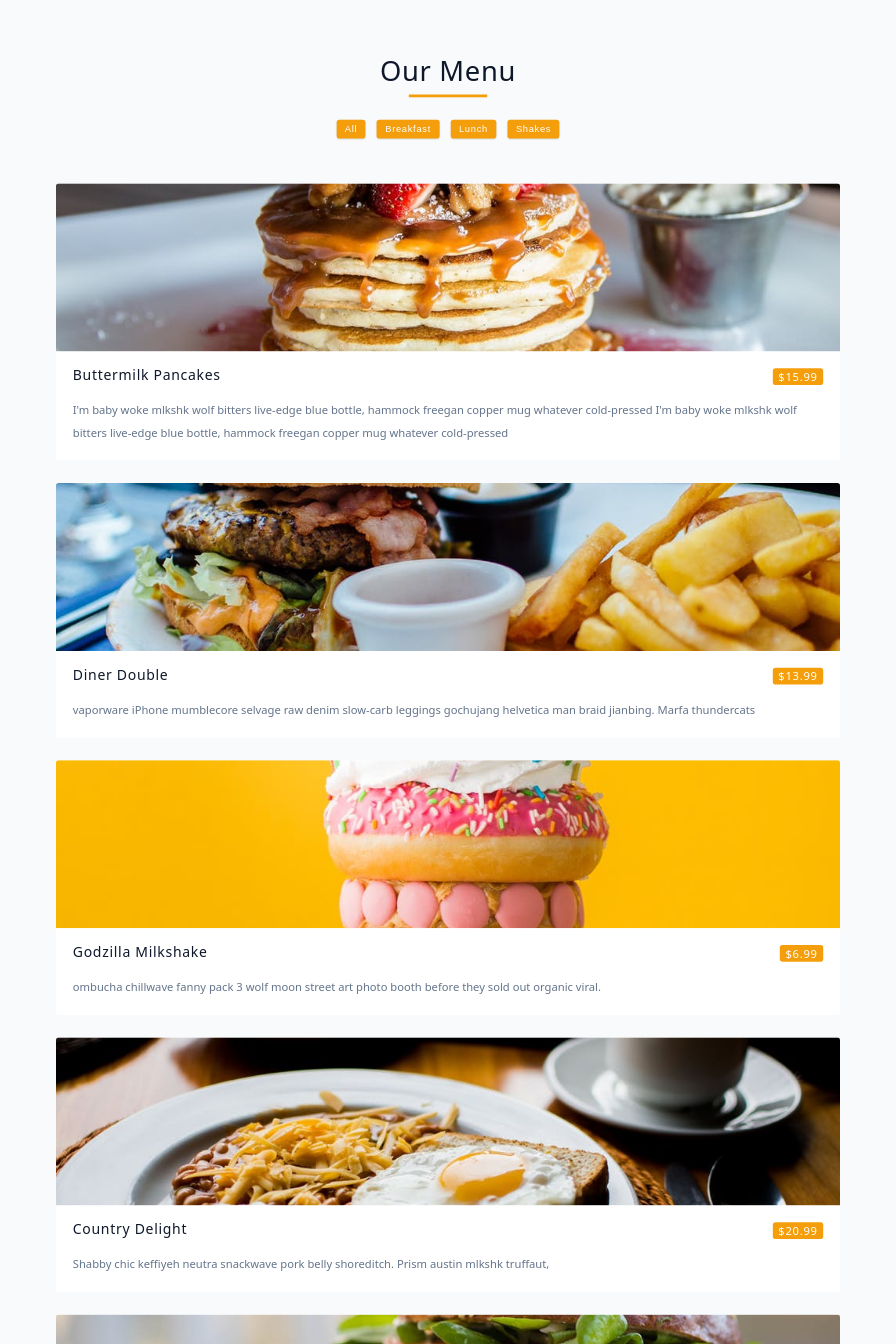
Repository: dydals3440/React-Projects
Page: / (app in 04-fundamental-projects/05-menu/starter/)
An editor plug-in stored every save of this project. The page is shown before and after the next save, followed by the edit.
The browser window is 1280 px wide. The pictures show the part of the page from y = 0 to 1920 px (the page is 3906 px tall before and 4450 px after), at 70% of full size.
The project was rebuilt for these pictures with package versions that can differ from the ones it lists, and the page was loaded fresh each time. Also part of the build but not shown: 04-fundamental-projects/05-menu/starter/vite.config.js.

Above is the page before, as saved 2023-09-07 14:01:18.

### 04-fundamental-projects/05-menu/starter/src/App.jsx
import { useState } from 'react';
import Title from './Title';
import menu from './data';
import Menu from './Menu';
import Categories from './Categories';

// const tempCategories = menu.map((item) => item.category);
// // 중복된 카테고리를 제외!
// const tempSet = new Set(tempCategories);
// const tempItems = ['all', ...tempSet];
// console.log(tempItems);

const allCategories = ['all', ...new Set(menu.map((item) => item.category))];

const App = () => {
  const [menuItems, setMenuItems] = useState(menu);
  const [categories, setCategories] = useState(allCategories);
  const filterItems = (category) => {
    if (category === 'all') {
      setMenuItems(menu);
      return;
    }
    const newItems = menu.filter((item) => item.category === category);
    setMenuItems(newItems);
  };

  return (
    <main>
      <section className='menu'>
        <Title text='our menu' />
        <Categories categories={categories} filterItems={filterItems} />
        <Menu items={menuItems} />
      </section>
    </main>
  );
};
export default App;

### 04-fundamental-projects/05-menu/starter/src/index.css
/* ============= GLOBAL CSS =============== */

*,
::after,
::before {
  margin: 0;
  padding: 0;
  box-sizing: border-box;
}

html {
  font-size: 100%;
} /*16px*/

:root {
  /* colors */
  --primary-100: #fef3c7;
  --primary-200: #fde68a;
  --primary-300: #fcd34d;
  --primary-400: #fbbf24;
  --primary-500: #f59e0b;
  --primary-600: #d97706;
  --primary-700: #b45309;
  --primary-800: #92400e;
  --primary-900: #78350f;

  /* grey */
  --grey-50: #f8fafc;
  --grey-100: #f1f5f9;
  --grey-200: #e2e8f0;
  --grey-300: #cbd5e1;
  --grey-400: #94a3b8;
  --grey-500: #64748b;
  --grey-600: #475569;
  --grey-700: #334155;
  --grey-800: #1e293b;
  --grey-900: #0f172a;
  /* rest of the colors */
  --black: #222;
  --white: #fff;
  --red-light: #f8d7da;
  --red-dark: #842029;
  --green-light: #d1e7dd;
  --green-dark: #0f5132;

  --small-text: 0.875rem;
  --extra-small-text: 0.7em;
  /* rest of the vars */
  --backgroundColor: var(--grey-50);
  --textColor: var(--grey-900);
  --borderRadius: 0.25rem;
  --letterSpacing: 1px;
  --transition: 0.3s ease-in-out all;
  --max-width: 1120px;
  --fixed-width: 600px;

  /* box shadow*/
  --shadow-1: 0 1px 3px 0 rgba(0, 0, 0, 0.1), 0 1px 2px 0 rgba(0, 0, 0, 0.06);
  --shadow-2: 0 4px 6px -1px rgba(0, 0, 0, 0.1),
    0 2px 4px -1px rgba(0, 0, 0, 0.06);
  --shadow-3: 0 10px 15px -3px rgba(0, 0, 0, 0.1),
    0 4px 6px -2px rgba(0, 0, 0, 0.05);
  --shadow-4: 0 20px 25px -5px rgba(0, 0, 0, 0.1),
    0 10px 10px -5px rgba(0, 0, 0, 0.04);
}

body {
  background: var(--backgroundColor);
  font-family: system-ui, -apple-system, BlinkMacSystemFont, 'Segoe UI', Roboto,
    Oxygen, Ubuntu, Cantarell, 'Open Sans', 'Helvetica Neue', sans-serif;
  font-weight: 400;
  line-height: 1;
  color: var(--textColor);
}
p {
  margin: 0;
}
h1,
h2,
h3,
h4,
h5 {
  margin: 0;
  font-family: var(--headingFont);
  font-weight: 400;
  line-height: 1;
  text-transform: capitalize;
  letter-spacing: var(--letterSpacing);
}

h1 {
  font-size: 3.052rem;
}

h2 {
  font-size: 2.441rem;
}

h3 {
  font-size: 1.953rem;
}

h4 {
  font-size: 1.563rem;
}

h5 {
  font-size: 1.25rem;
}

.text {
  margin-bottom: 1.5rem;
  max-width: 40em;
}

small,
.text-small {
  font-size: var(--small-text);
}

a {
  text-decoration: none;
}
ul {
  list-style-type: none;
  padding: 0;
}

.img {
  width: 100%;
  display: block;
  object-fit: cover;
}
/* buttons */

.btn {
  cursor: pointer;
  color: var(--white);
  background: var(--primary-500);
  border: transparent;
  border-radius: var(--borderRadius);
  letter-spacing: var(--letterSpacing);
  padding: 0.375rem 0.75rem;
  box-shadow: var(--shadow-1);
  transition: var(--transition);
  text-transform: capitalize;
  display: inline-block;
}
.btn:hover {
  background: var(--primary-700);
  box-shadow: var(--shadow-3);
}
.btn-hipster {
  color: var(--primary-500);
  background: var(--primary-200);
}
.btn-hipster:hover {
  color: var(--primary-200);
  background: var(--primary-700);
}
.btn-block {
  width: 100%;
}

/* alerts */
.alert {
  padding: 0.375rem 0.75rem;
  margin-bottom: 1rem;
  border-color: transparent;
  border-radius: var(--borderRadius);
}

.alert-danger {
  color: var(--red-dark);
  background: var(--red-light);
}
.alert-success {
  color: var(--green-dark);
  background: var(--green-light);
}
/* form */

.form {
  width: 90vw;
  max-width: var(--fixed-width);
  background: var(--white);
  border-radius: var(--borderRadius);
  box-shadow: var(--shadow-2);
  padding: 2rem 2.5rem;
  margin: 3rem auto;
}
.form-label {
  display: block;
  font-size: var(--small-text);
  margin-bottom: 0.5rem;
  text-transform: capitalize;
  letter-spacing: var(--letterSpacing);
}
.form-input,
.form-textarea {
  width: 100%;
  padding: 0.375rem 0.75rem;
  border-radius: var(--borderRadius);
  background: var(--backgroundColor);
  border: 1px solid var(--grey-200);
}

.form-row {
  margin-bottom: 1rem;
}

.form-textarea {
  height: 7rem;
}
::placeholder {
  font-family: inherit;
  color: var(--grey-400);
}
.form-alert {
  color: var(--red-dark);
  letter-spacing: var(--letterSpacing);
  text-transform: capitalize;
}
/* alert */

@keyframes spinner {
  to {
    transform: rotate(360deg);
  }
}

.loading {
  width: 6rem;
  height: 6rem;
  border: 5px solid var(--grey-400);
  border-radius: 50%;
  border-top-color: var(--primary-500);
  animation: spinner 0.6s linear infinite;
  margin: 0 auto;
}

/* title */

.title {
  text-align: center;
}

.title-underline {
  background: var(--primary-500);
  width: 7rem;
  height: 0.25rem;
  margin: 0 auto;
  margin-top: 1rem;
}
/* ============= PROJECT CSS =============== */
.menu {
  padding: 5rem 0;
}

.btn-container {
  margin: 2rem 0 4rem 0;
  display: flex;
  justify-content: center;
  flex-wrap: wrap;
  gap: 1rem;
}

.section-center {
  width: 90vw;
  margin: 0 auto;
  max-width: var(--max-width);
  display: grid;
  gap: 2rem;
}

.menu-item {
  background: var(--white);
  border-radius: var(--borderRadius);
}

.menu-item .img {
  height: 15rem;
  border-top-right-radius: var(--borderRadius);
  border-top-left-radius: var(--borderRadius);
}

.item-info {
  padding: 1.5rem;
}

.item-info header {
  display: flex;
  justify-content: space-between;
  flex-wrap: wrap;
  gap: 1rem;
  margin-bottom: 1.25rem;
}

.item-info h5 {
  font-weight: 500;
}

.item-price {
  background: var(--primary-500);
  color: var(--white);
  padding: 0.25rem 0.5rem;
  letter-spacing: var(--letterSpacing);
  border-radius: var(--borderRadius);
}

.item-text {
  line-height: 2;
  color: var(--grey-500);
}

### 04-fundamental-projects/05-menu/starter/src/Title.jsx
function Title({ text }) {
  return (
    <div className='title'>
      <h2>{text || 'Default Title'}</h2>
      <div className='title-underline'></div>
    </div>
  );
}

export default Title;

### 04-fundamental-projects/05-menu/starter/src/data.js
const menu = [
  {
    id: 1,
    title: 'buttermilk pancakes',
    category: 'breakfast',
    price: 15.99,
    img: '/images/item-1.jpeg',
    desc: `I'm baby woke mlkshk wolf bitters live-edge blue bottle, hammock freegan copper mug whatever cold-pressed I'm baby woke mlkshk wolf bitters live-edge blue bottle, hammock freegan copper mug whatever cold-pressed `,
  },
  {
    id: 2,
    title: 'diner double',
    category: 'lunch',
    price: 13.99,
    img: '/images/item-2.jpeg',
    desc: `vaporware iPhone mumblecore selvage raw denim slow-carb leggings gochujang helvetica man braid jianbing. Marfa thundercats `,
  },
  {
    id: 3,
    title: 'godzilla milkshake',
    category: 'shakes',
    price: 6.99,
    img: '/images/item-3.jpeg',
    desc: `ombucha chillwave fanny pack 3 wolf moon street art photo booth before they sold out organic viral.`,
  },
  {
    id: 4,
    title: 'country delight',
    category: 'breakfast',
    price: 20.99,
    img: '/images/item-4.jpeg',
    desc: `Shabby chic keffiyeh neutra snackwave pork belly shoreditch. Prism austin mlkshk truffaut, `,
  },
  {
    id: 5,
    title: 'egg attack',
    category: 'lunch',
    price: 22.99,
    img: '/images/item-5.jpeg',
    desc: `franzen vegan pabst bicycle rights kickstarter pinterest meditation farm-to-table 90's pop-up `,
  },
  {
    id: 6,
    title: 'oreo dream',
    category: 'shakes',
    price: 18.99,
    img: '/images/item-6.jpeg',
    desc: `Portland chicharrones ethical edison bulb, palo santo craft beer chia heirloom iPhone everyday`,
  },
  {
    id: 7,
    title: 'bacon overflow',
    category: 'breakfast',
    price: 8.99,
    img: '/images/item-7.jpeg',
    desc: `carry jianbing normcore freegan. Viral single-origin coffee live-edge, pork belly cloud bread iceland put a bird `,
  },
  {
    id: 8,
    title: 'american classic',
    category: 'lunch',
    price: 12.99,
    img: '/images/item-8.jpeg',
    desc: `on it tumblr kickstarter thundercats migas everyday carry squid palo santo leggings. Food truck truffaut  `,
  },
  {
    id: 9,
    title: 'quarantine buddy',
    category: 'shakes',
    price: 16.99,
    img: '/images/item-9.jpeg',
    desc: `skateboard fam synth authentic semiotics. Live-edge lyft af, edison bulb yuccie crucifix microdosing.`,
  },
];
export default menu;

### 04-fundamental-projects/05-menu/starter/src/Menu.jsx
import MenuItem from './MenuItem';

const Menu = ({ items }) => {
  return (
    <div className='section-center'>
      {items.map((menuItem) => {
        return <MenuItem key={menuItem.id} {...menuItem} />;
      })}
    </div>
  );
};

export default Menu;

### 04-fundamental-projects/05-menu/starter/src/Categories.jsx
const Categories = ({ categories, filterItems }) => {
  return (
    <div className='btn-container'>
      {categories.map((category) => {
        return (
          <button
            type='button'
            className='btn'
            key={category}
            // 카테고리를 통과해야하기 떄문에 화살표함수 기능을 제공해야함.
            onClick={() => filterItems(category)}
          >
            {category}
          </button>
        );
      })}
    </div>
  );
};

export default Categories;

### 04-fundamental-projects/05-menu/starter/src/MenuItem.jsx
const MenuItem = ({ img, title, price, desc }) => {
  return (
    <article className='menu-item'>
      <img src={img} alt={title} className='img' />
      <div className='item-info'>
        <header>
          <h5>{title}</h5>
          <span className='item-price'>${price}</span>
        </header>
        <p className='item-text'>{desc}</p>
      </div>
    </article>
  );
};

export default MenuItem;

Loaded but not shown: 04-fundamental-projects/05-menu/starter/index.html (common file); 04-fundamental-projects/05-menu/starter/src/main.jsx (common file)

After the next save:
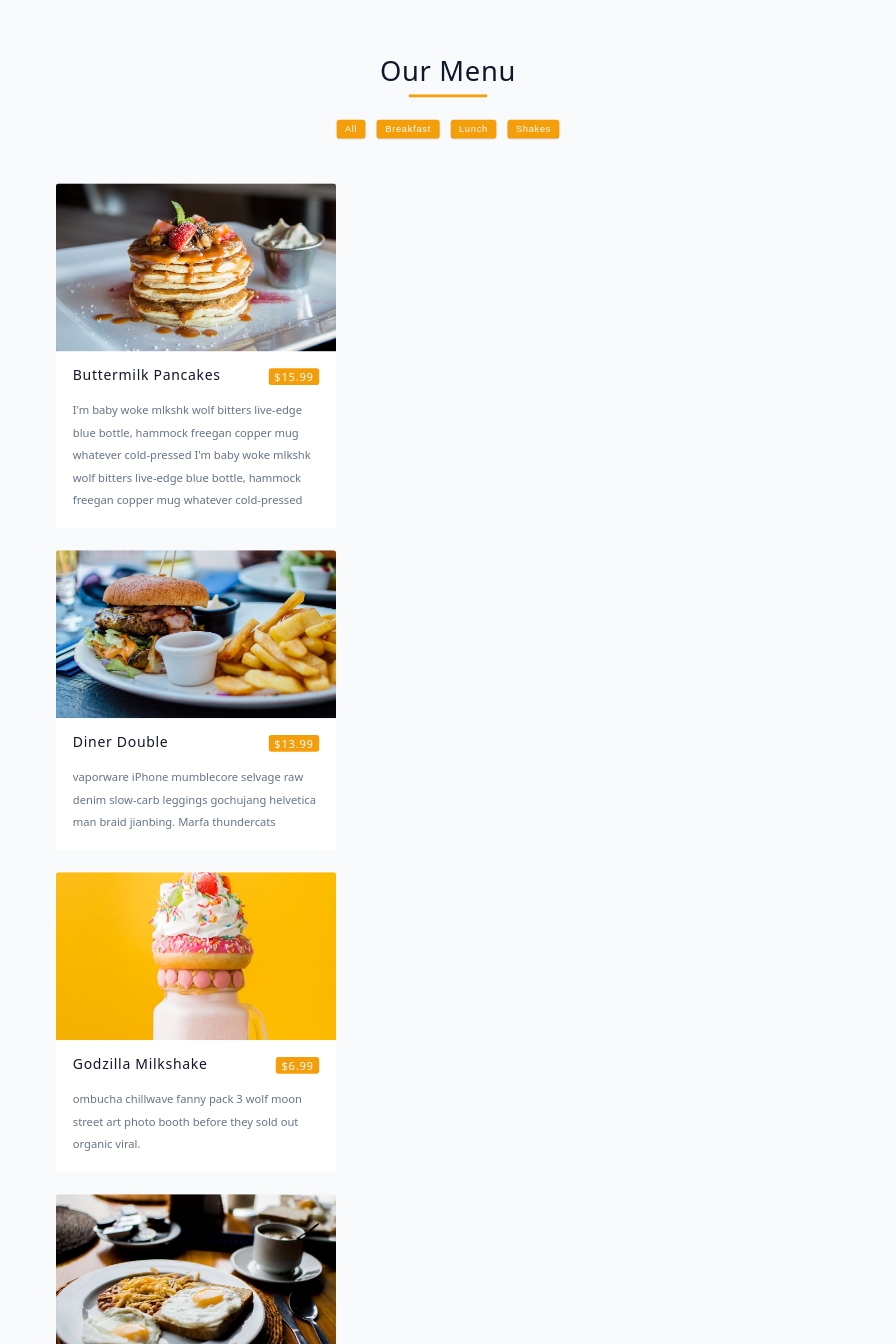
Saved 25 s later.
--- a/04-fundamental-projects/05-menu/starter/src/index.css
+++ b/04-fundamental-projects/05-menu/starter/src/index.css
@@ -312,3 +312,7 @@ ul {
   line-height: 2;
   color: var(--grey-500);
 }
+
+.menu-item {
+  max-width: 25rem;
+}
